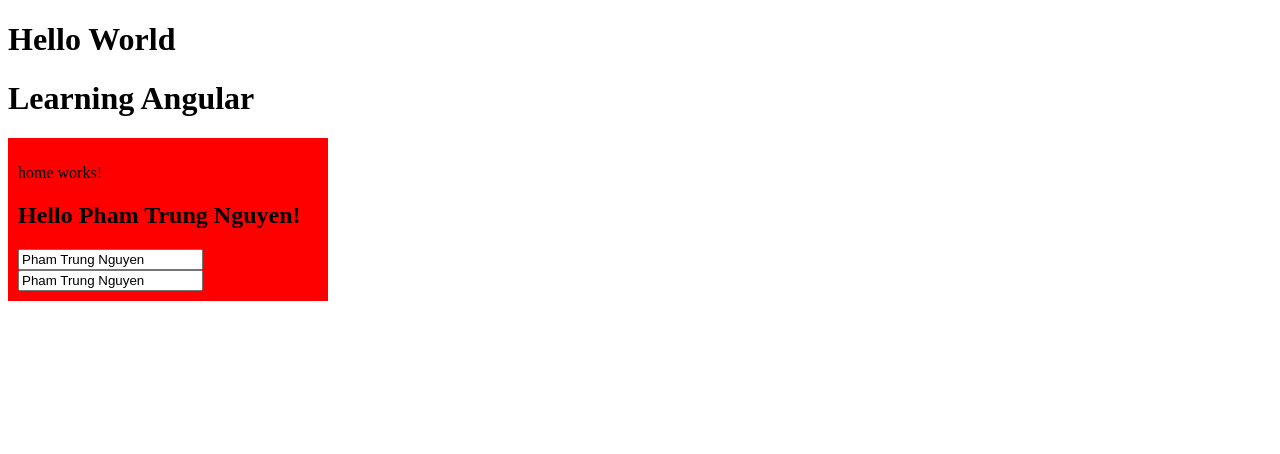
Repository: PhamTrungNguyen/Angular12
Page: / (app in Angular/)
The author's editor kept a copy of each file at every save. The page is drawn from the files as they stood at one save, then again after the next save.
The browser window is 1280 px wide. The pictures show the whole page.
The project was rebuilt for these pictures with package versions that can differ from the ones it lists, and the page was loaded fresh each time. Also part of the build but not shown: Angular/angular.json.

Above is the page before, as saved 2022-12-31 21:41:19.

### Angular/src/app/app.module.ts
import { NgModule } from '@angular/core';
import { BrowserModule } from '@angular/platform-browser';

import { AppRoutingModule } from './app-routing.module';
import { AppComponent } from './app.component';
import { HomeComponent } from './home/home.component';

@NgModule({
  declarations: [AppComponent, HomeComponent],
  imports: [BrowserModule, AppRoutingModule],
  providers: [],
  bootstrap: [AppComponent],
})
export class AppModule {}

### Angular/src/app/home/home.component.ts
import { Component } from '@angular/core';

@Component({
  selector: 'app-home',
  templateUrl: './home.component.html',
  styleUrls: ['./home.component.scss'],
})
export class HomeComponent {
  public name = 'Pham Trung Nguyen';
  public age = 15;
}

### Angular/src/app/app.component.html
<h1>Hello World</h1>
<h1>Learning Angular</h1>
<app-home></app-home>

### Angular/src/app/home/home.component.html
<div class="test">
    <p>home works!</p>
    <h2>Hello {{name}}!</h2>
    <input type="text" value="{{name}}">
    <input type="text" [value]="name" [title]='"day la " + name'>

</div>

### Angular/src/app/home/home.component.scss
.test {
  padding: 10px;
  width: 300px;
  background-color: red;
}

Loaded but not shown: Angular/src/index.html (common file); Angular/src/styles.scss (common file); Angular/src/main.ts (common file); Angular/src/app/app-routing.module.ts (common file); Angular/src/app/app.component.ts (common file); Angular/src/app/app.component.scss (no stored copy; drawn as an empty file)

After the next save:
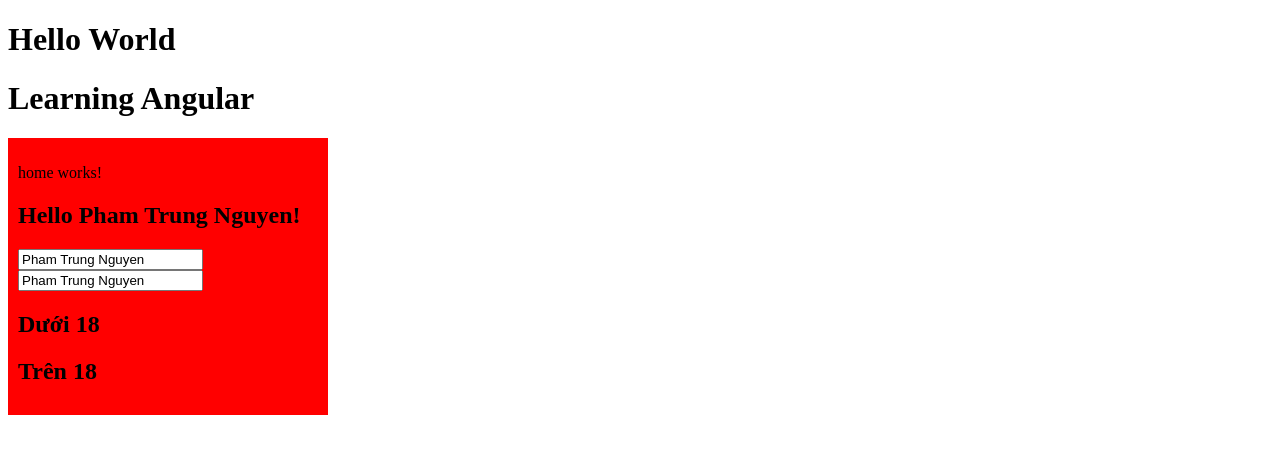
Saved 7 s later.
--- a/Angular/src/app/home/home.component.html
+++ b/Angular/src/app/home/home.component.html
@@ -3,5 +3,6 @@
     <h2>Hello {{name}}!</h2>
     <input type="text" value="{{name}}">
     <input type="text" [value]="name" [title]='"day la " + name'>
-
+    <h2>Dưới 18</h2>
+    <h2>Trên 18</h2>
 </div>
